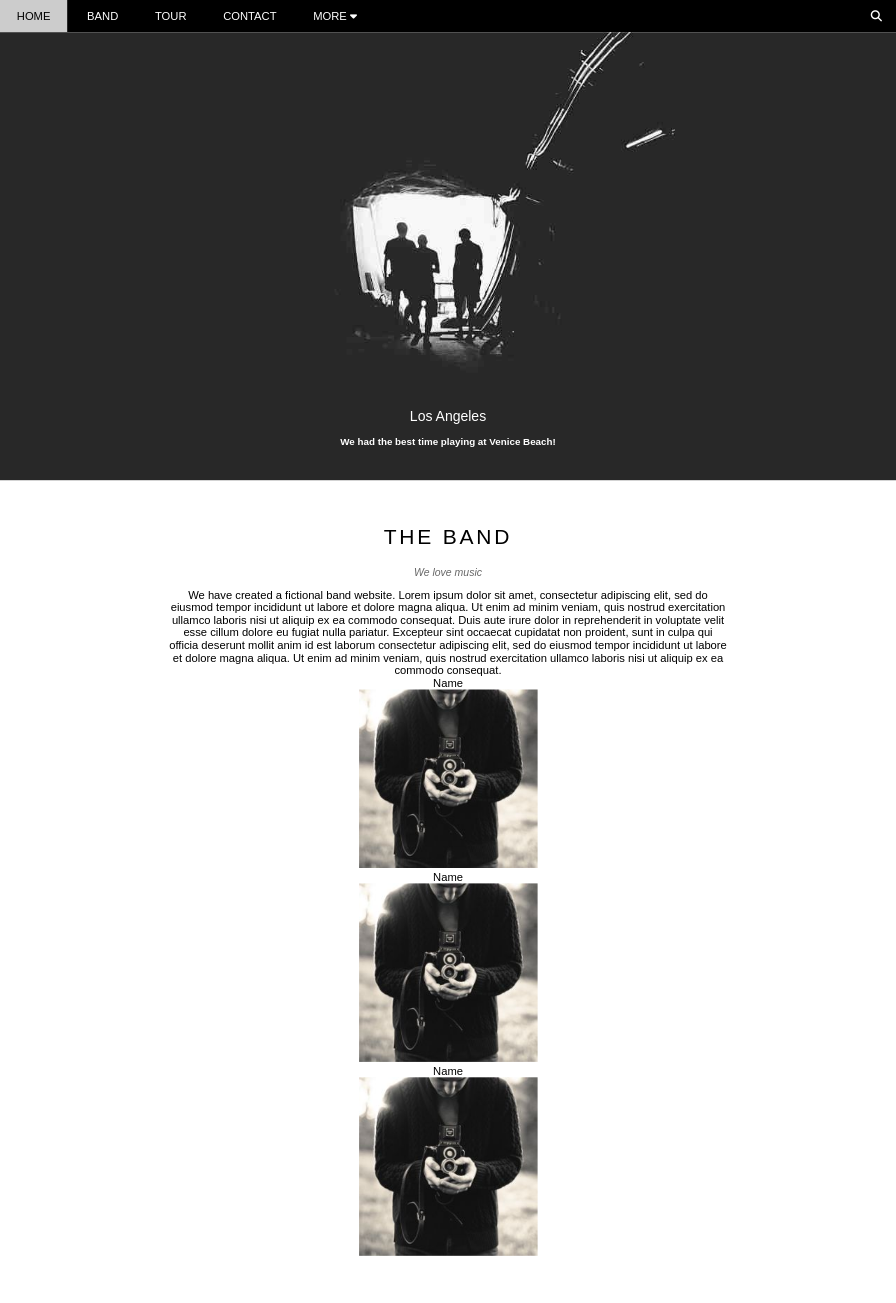
Repository: TranPhucThinh/clone-the-band
Page: index.html
The author's editor kept a copy of each file at every save. The page is drawn from the files as they stood at one save, then again after the next save.
The browser window is 1280 px wide. The pictures show the whole page, at 70% of full size.
Some web libraries are served in a nearby version.

Above is the page before, as saved 2022-08-04 10:45:16.

### index.html
<!DOCTYPE html>
<html lang="en">

<head>
    <meta charset="UTF-8">
    <meta http-equiv="X-UA-Compatible" content="IE=edge">
    <meta name="viewport" content="width=device-width, initial-scale=1.0">

    <title>The Band</title>

    <link rel="stylesheet" href="./assets/style.css">
    <link rel="stylesheet" href="https://cdnjs.cloudflare.com/ajax/libs/font-awesome/6.1.2/css/all.min.css">
</head>

<body>
    <div id="main">

        <div id="header">
            <ul id="nav">
                <li><a href="">Home</a></li>
                <li><a href="">Band</a></li>
                <li><a href="">Tour</a></li>
                <li><a href="">Contact</a></li>
                <li>
                    <a href="">
                        More
                        <i class="fa-solid fa-caret-down"></i>
                    </a>

                    <ul class="subnav">
                        <li><a href="">Merchandise</a></li>
                        <li><a href="">Extras</a></li>
                        <li><a href="">Media</a></li>
                    </ul>
                </li>
            </ul>

            <div class="search-btn">
                <i class="fa-solid fa-magnifying-glass"></i>
            </div>
        </div>

        <div id="slider">
            <div class="text-slider">
                <div class="slider-heading">Los Angeles</div>
                <div class="slider-title">We had the best time playing at Venice Beach!</div>
            </div>
        </div>

        <div id="content">
            <div class="header-content">
                <p class="title">The band</p>
                <i class="subtitle">We love music</i>
            </div>
            <p class="desc">
                We have created a fictional band website. Lorem ipsum dolor sit amet, consectetur adipiscing elit, sed
                do eiusmod tempor incididunt ut labore et dolore magna aliqua. Ut enim ad minim veniam, quis nostrud
                exercitation ullamco laboris nisi ut aliquip ex ea commodo consequat. Duis aute irure dolor in
                reprehenderit in voluptate velit esse cillum dolore eu fugiat nulla pariatur. Excepteur sint occaecat
                cupidatat non proident, sunt in culpa qui officia deserunt mollit anim id est laborum consectetur
                adipiscing elit, sed do eiusmod tempor incididunt ut labore et dolore magna aliqua. Ut enim ad minim
                veniam, quis nostrud exercitation ullamco laboris nisi ut aliquip ex ea commodo consequat.
            </p>

            <div class="member">
                <div class="member-1">
                    <p>Name</p>
                    <img src="./assets/imgs/bandmember.jpg" alt="">
                </div>
                <div class="member-2">
                    <p>Name</p>
                    <img src="./assets/imgs/bandmember.jpg" alt="">
                </div>
                <div class="member-3">
                    <p>Name</p>
                    <img src="./assets/imgs/bandmember.jpg" alt="">
                </div>
            </div>
        </div>

        <div id="footer">

        </div>

    </div>
</body>

</html>

### assets/style.css
* {
  padding: 0;
  margin: 0;
  box-sizing: border-box;
}

html {
  font-family: Arial, Helvetica, sans-serif;
}

#header {
  height: 46px;
  background-color: #000;
  position: fixed;
  top: 0;
  right: 0;
  left: 0;
  z-index: 1;
}

#nav {
  display: inline-block;
}

#nav > li {
  display: inline-block;
}

#nav li {
  position: relative;
}

#nav > li > a {
  color: #fff;
  text-transform: uppercase;
}

#nav li a {
  line-height: 46px;
  padding: 0 24px;
  display: inline-block;
  text-decoration: none;
}

#nav > li:hover > a,
.subnav li:hover a {
  color: #000;
  background-color: #ccc;
}

#nav .subnav {
  display: none;
  position: absolute;
  background-color: #fff;
  box-shadow: 0 4px 10px 0 rgb(0 0 0 / 20%), 0 4px 20px 0 rgb(0 0 0 / 19%);
}

#nav li:last-child:hover .subnav {
  display: block;
}

#nav li:last-child:hover .fa-caret-down {
  color: #000;
}

#nav .subnav li {
  list-style-type: none;
}

#nav .subnav a {
  color: #000;
  display: block;
  line-height: 40px;
  padding: 0 32px;
}

#header .fa-solid {
  color: #fff;
}

.search-btn {
  float: right;
  line-height: 46px;
  padding: 0 20px;
}

.search-btn:hover {
  background-color: red;
  cursor: pointer;
}

#slider {
  background-color: #fff;
  margin-top: 46px;
  padding-top: 50%;
  background: url('/assets/imgs/la.jpg') top center / cover no-repeat;
  position: relative;
}

#slider .text-slider {
  color: #fff;
  text-align: center;
  position: absolute;
  bottom: 47px;
  left: 50%;
  transform: translate(-50%);
}

#slider .slider-heading {
  font-size: 20px;
  margin-bottom: 16px;
}

#slider .slider-title {
  font-size: 14px;
  font-weight: 700;
}

#content {
  max-width: 800px;
  margin: 64px auto;
  text-align: center;
}

#content .title {
  font-size: 30px;
  text-transform: uppercase;
  letter-spacing: 4px;
  margin-bottom: 25px;
}

#content .subtitle {
  opacity: 0.6;
  font-size: 15px;
  margin-bottom: 15px;
  display: inline-block;
}

After the next save:
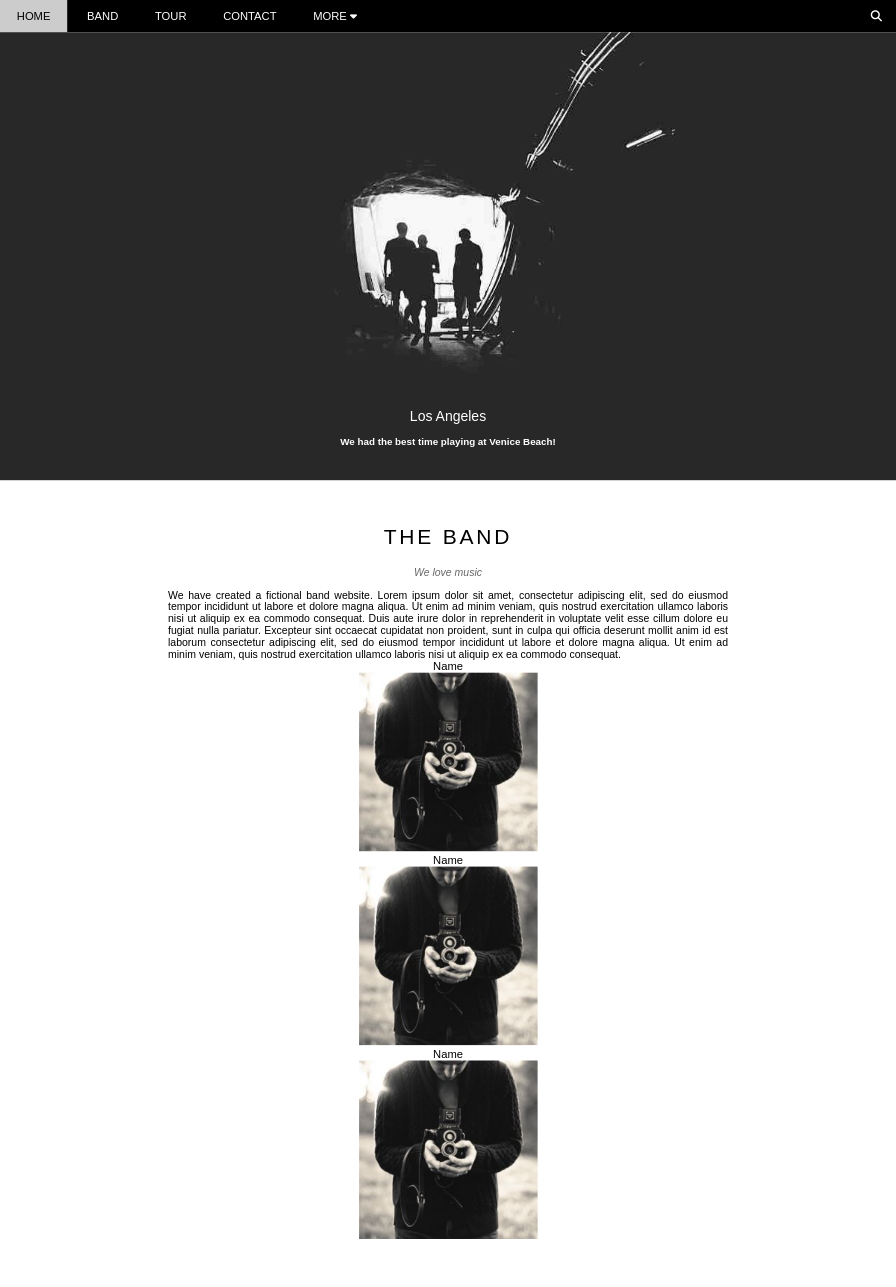
Saved 4 min 43 s later.
--- a/assets/style.css
+++ b/assets/style.css
@@ -122,16 +122,21 @@ html {
   text-align: center;
 }
 
-#content .title {
+.header-content .title {
   font-size: 30px;
   text-transform: uppercase;
   letter-spacing: 4px;
   margin-bottom: 25px;
 }
 
-#content .subtitle {
+.header-content .subtitle {
   opacity: 0.6;
   font-size: 15px;
   margin-bottom: 15px;
   display: inline-block;
 }
+
+#content .desc {
+  text-align: justify;
+  font-size: 15px;
+}
